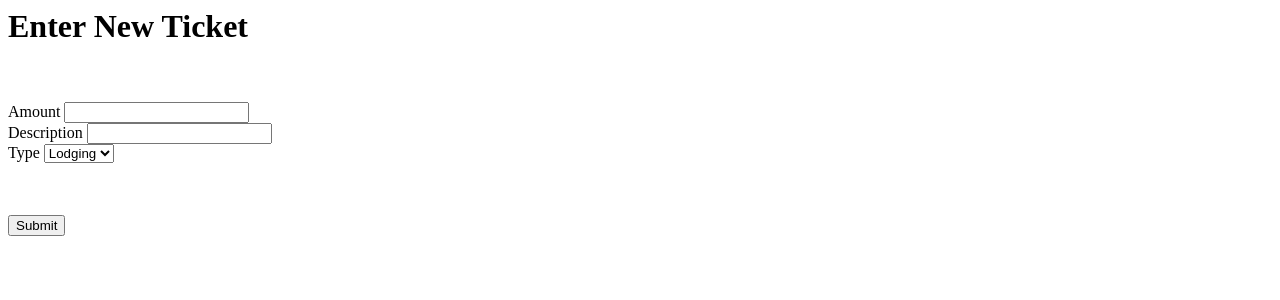
Repository: Sadiki/Expense_Reimbursement_System
Page: Ers_Project/src/main/webapp/partials/new_ticket.html
These files come from the project's save history. The page is drawn as it stood at one moment and after the next save; the edit follows.
The browser window is 1280 px wide. The pictures show the whole page.

Above is the page before, as saved 2018-11-07 05:02:50.

### Ers_Project/src/main/webapp/partials/new_ticket.html
<div id="viewContainer">
<div id= 'viewMenu'>
    <h1>Enter New Ticket</h1>
    <br>
    <br>
    <form>
        Amount
        <input id='amount'>
        <br/>
        Description
        <input id='description'>
        <br/>
        Type
        <select id='type'>
            <option>Lodging</option>
            <option>Travel</option>
            <option>Food</option>
            <option>Other</option>
        </select>
</form>
<br>
<br>
<button id='addTicket' class= 'menuBtns'>Submit</button>

<div class ="alert-danger"></div>
</div>
</div>

After the next save:
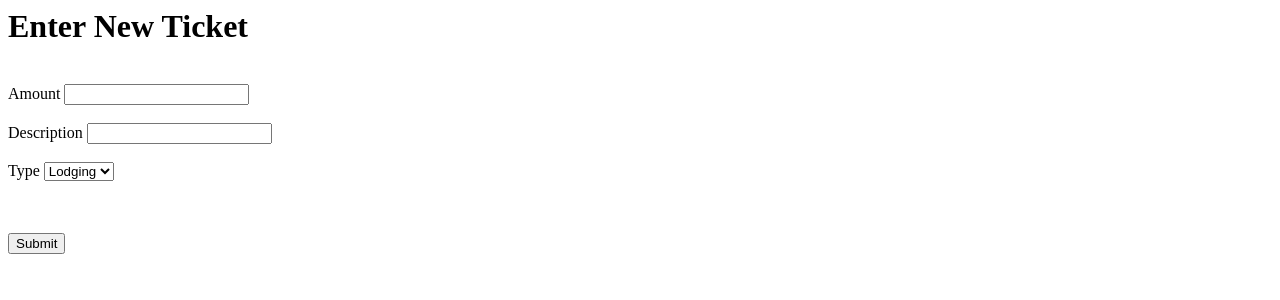
Saved 29 s later.
--- a/Ers_Project/src/main/webapp/partials/new_ticket.html
+++ b/Ers_Project/src/main/webapp/partials/new_ticket.html
@@ -1,15 +1,16 @@
 <div id="viewContainer">
 <div id= 'viewMenu'>
     <h1>Enter New Ticket</h1>
-    <br>
     <br>
     <form>
         Amount
         <input id='amount'>
         <br/>
+           <br/>
         Description
         <input id='description'>
         <br/>
+           <br/>
         Type
         <select id='type'>
             <option>Lodging</option>
